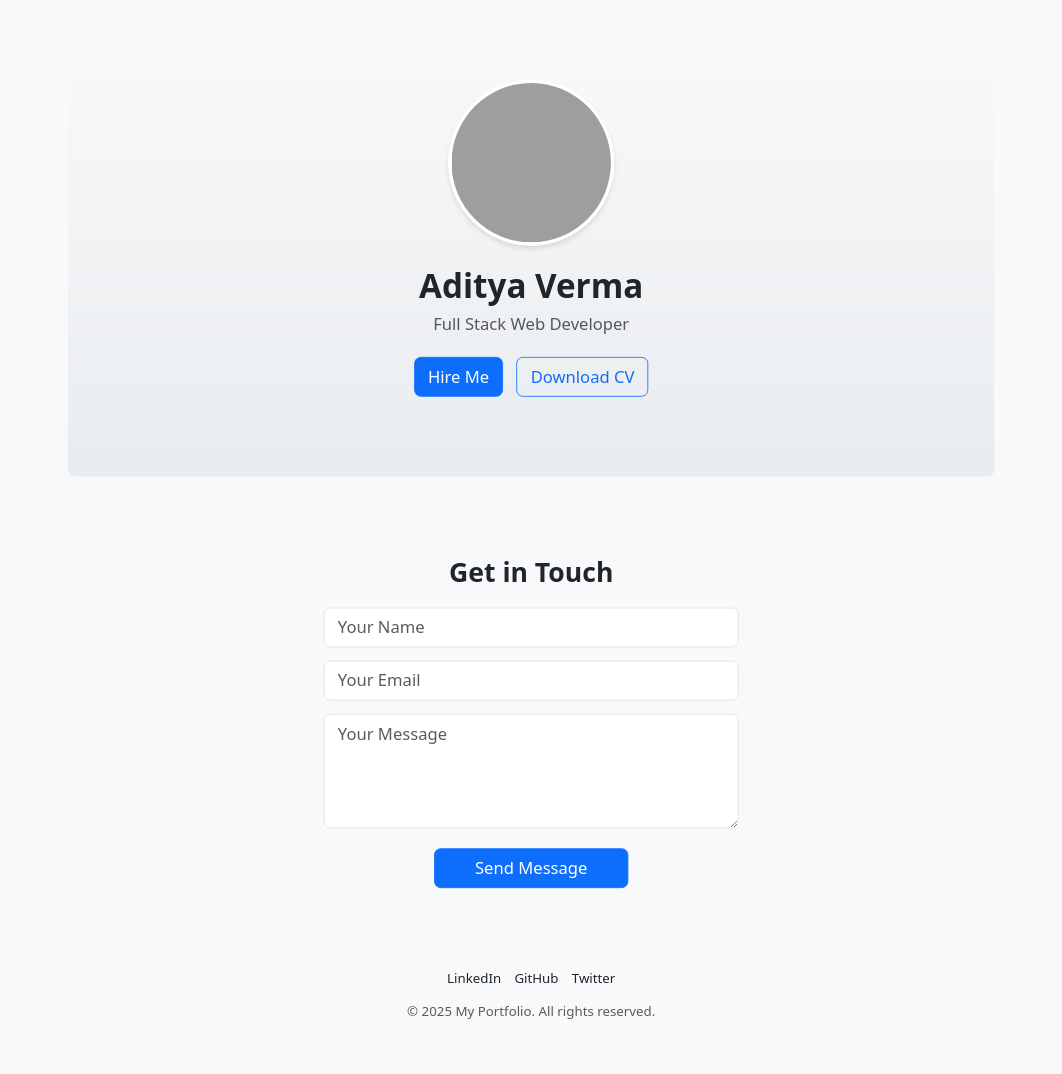
Repository: AdityaTech-Pro/FullStackWithBridgelabz
Page: Assignment10/Personal Portfolio Basics using Bootstrap Utilities/index.html
These files come from the project's save history. The page is drawn as it stood at one moment and after the next save; the edit follows.
The browser window is 1280 px wide. The pictures show the whole page, at 83% of full size.
Pictures or frames that could not be fetched are drawn as grey boxes.

Above is the page before, as saved 2025-11-10 11:08:23.

### Assignment10/Personal Portfolio Basics using Bootstrap Utilities/index.html
<!DOCTYPE html>
<html lang="en">

<head>
    <meta charset="UTF-8">
    <meta name="viewport" content="width=device-width, initial-scale=1.0">
    <title>My Portfolio - Bootstrap Utilities</title>
    <!-- Bootstrap CSS -->
    <link href="https://cdn.jsdelivr.net/npm/bootstrap@5.3.2/dist/css/bootstrap.min.css" rel="stylesheet">
    <style>
        /* Custom styles to complement Bootstrap */

        :root {
            --bg: #f8f9fa;
            --card-bg: #ffffff;
            --muted: #6c757d;
            --accent: #0d6efd;
            --text: #212529;
        }

        body {
            background-color: var(--bg);
            color: var(--text);
            transition: background-color 0.3s ease, color 0.3s ease;
        }

        .profile-section {
            background: linear-gradient(to bottom, #f8f9fa, #e9ecef);
            transition: transform 0.3s ease, background 0.3s ease;
        }

        /* Top bar with theme toggle */
        .topbar {
            display: flex;
            justify-content: flex-end;
            align-items: center;
            gap: 1rem;
            margin-bottom: 1rem;
        }

        .theme-toggle {
            display: inline-flex;
            align-items: center;
            gap: 0.5rem;
            background: transparent;
            border: 1px solid rgba(0,0,0,0.08);
            padding: 0.35rem 0.6rem;
            border-radius: 999px;
            cursor: pointer;
            color: var(--text);
            transition: background 0.2s, color 0.2s, transform 0.15s;
        }

        .theme-toggle:active {
            transform: translateY(1px);
        }

        .theme-toggle .dot {
            width: 18px;
            height: 18px;
            border-radius: 50%;
            background: var(--accent);
            box-shadow: 0 2px 6px rgba(13,110,253,0.25);
        }

        .btn-custom {
            transition: transform 0.3s ease;
        }

        .btn-custom:hover {
            transform: translateY(-2px);
        }

        .form-control:focus {
            box-shadow: 0 0 0 0.25rem rgba(13, 110, 253, 0.2);
        }

        .profile-img {
            width: 200px;
            height: 200px;
            object-fit: cover;
            border: 4px solid white;
            box-shadow: 0 4px 6px rgba(0, 0, 0, 0.1);
            transition: transform 0.25s ease;
        }

        .profile-img:hover { transform: scale(1.03); }

        /* Dark theme overrides */
        body.dark-theme {
            --bg: #0f1724;
            --card-bg: #111827;
            --muted: #9ca3af;
            --accent: #60a5fa;
            --text: #e6eef8;
        }

        .dark-theme .profile-section {
            background: linear-gradient(180deg, rgba(255,255,255,0.02), rgba(255,255,255,0.01));
        }

        .dark-theme .bg-light {
            background-color: #0b1220 !important;
            color: var(--text) !important;
            border: 1px solid rgba(255,255,255,0.04);
        }

        .dark-theme .text-muted { color: var(--muted) !important; }

        /* Small polish */
        .max-width-500 { max-width: 500px; }

        footer a { color: inherit; }

        @media (max-width: 768px) {
            .profile-img { width: 150px; height: 150px; }
            .topbar { justify-content: center; }
        }
    </style>
</head>

<body>
    <!-- Main Container -->
    <div class="container py-5">
        <!-- Profile Section -->
        <section class="profile-section p-5 rounded-3 text-center mb-5">
            <img src="https://avatars.githubusercontent.com/u/219658559?s=400&u=7e5a78b2bf82817b3f897e4e53b1019b24af58ee&v=4" alt="Profile Picture" class="profile-img img-fluid rounded-circle mb-4">

            <h1 class="fw-bold mb-2">Aditya Verma</h1>
            <p class="text-muted fs-5 mb-4">Full Stack Web Developer</p>

            <!-- Action Buttons -->
            <div class="d-flex justify-content-center gap-3 mb-5">
                <button class="btn btn-primary btn-lg btn-custom">
                    Hire Me
                </button>
                <button class="btn btn-outline-primary btn-lg btn-custom">
                    Download CV
                </button>
            </div>
        </section>

        <!-- Contact Form Section -->
        <section class="bg-light p-5 rounded-3">
            <h2 class="text-center fw-bold mb-4">Get in Touch</h2>

            <form class="max-width-500 mx-auto">
                <div class="mb-3">
                    <input type="text" class="form-control form-control-lg" placeholder="Your Name" required>
                </div>

                <div class="mb-3">
                    <input type="email" class="form-control form-control-lg" placeholder="Your Email" required>
                </div>

                <div class="mb-4">
                    <textarea class="form-control form-control-lg" rows="4" placeholder="Your Message" required></textarea>
                </div>

                <div class="text-center">
                    <button type="submit" class="btn btn-primary btn-lg px-5 btn-custom">
                        Send Message
                    </button>
                </div>
            </form>
        </section>

        <!-- Footer -->
        <footer class="text-center mt-5">
            <div class="d-flex justify-content-center gap-3">
                <a href="https://www.linkedin.com/in/aditya-verma-2a3915289/" class="text-decoration-none text-dark">LinkedIn</a>
                <a href="https://github.com/AdityaTech-Pro" class="text-decoration-none text-dark">GitHub</a>
                <a href="#" class="text-decoration-none text-dark">Twitter</a>
            </div>
            <p class="text-muted mt-3">&copy; 2025 My Portfolio. All rights reserved.</p>
        </footer>
    </div>

    <!-- Bootstrap JS -->
    <script src="https://cdn.jsdelivr.net/npm/bootstrap@5.3.2/dist/js/bootstrap.bundle.min.js"></script>
</body>

</html>

After the next save:
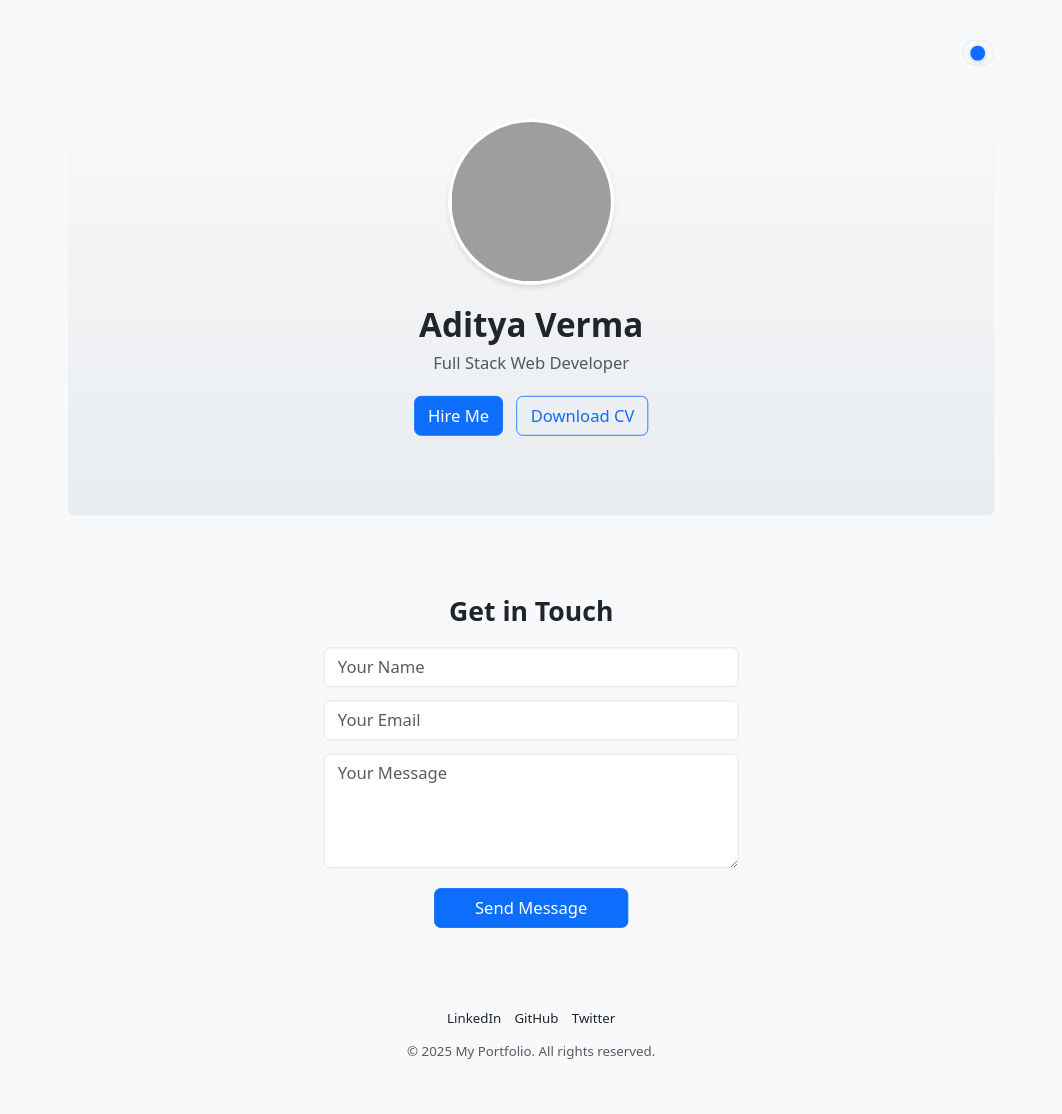
Saved 9 s later.
--- a/Assignment10/Personal Portfolio Basics using Bootstrap Utilities/index.html
+++ b/Assignment10/Personal Portfolio Basics using Bootstrap Utilities/index.html
@@ -122,6 +122,13 @@
 <body>
     <!-- Main Container -->
     <div class="container py-5">
+        <!-- Top bar: theme toggle and quick actions -->
+        <div class="topbar">
+            <button id="themeToggle" class="theme-toggle" aria-pressed="false" aria-label="Toggle dark mode">
+                <span class="dot" aria-hidden="true"></span>
+                <span class="visually-hidden">Toggle theme</span>
+            </button>
+        </div>
         <!-- Profile Section -->
         <section class="profile-section p-5 rounded-3 text-center mb-5">
             <img src="https://avatars.githubusercontent.com/u/219658559?s=400&u=7e5a78b2bf82817b3f897e4e53b1019b24af58ee&v=4" alt="Profile Picture" class="profile-img img-fluid rounded-circle mb-4">
